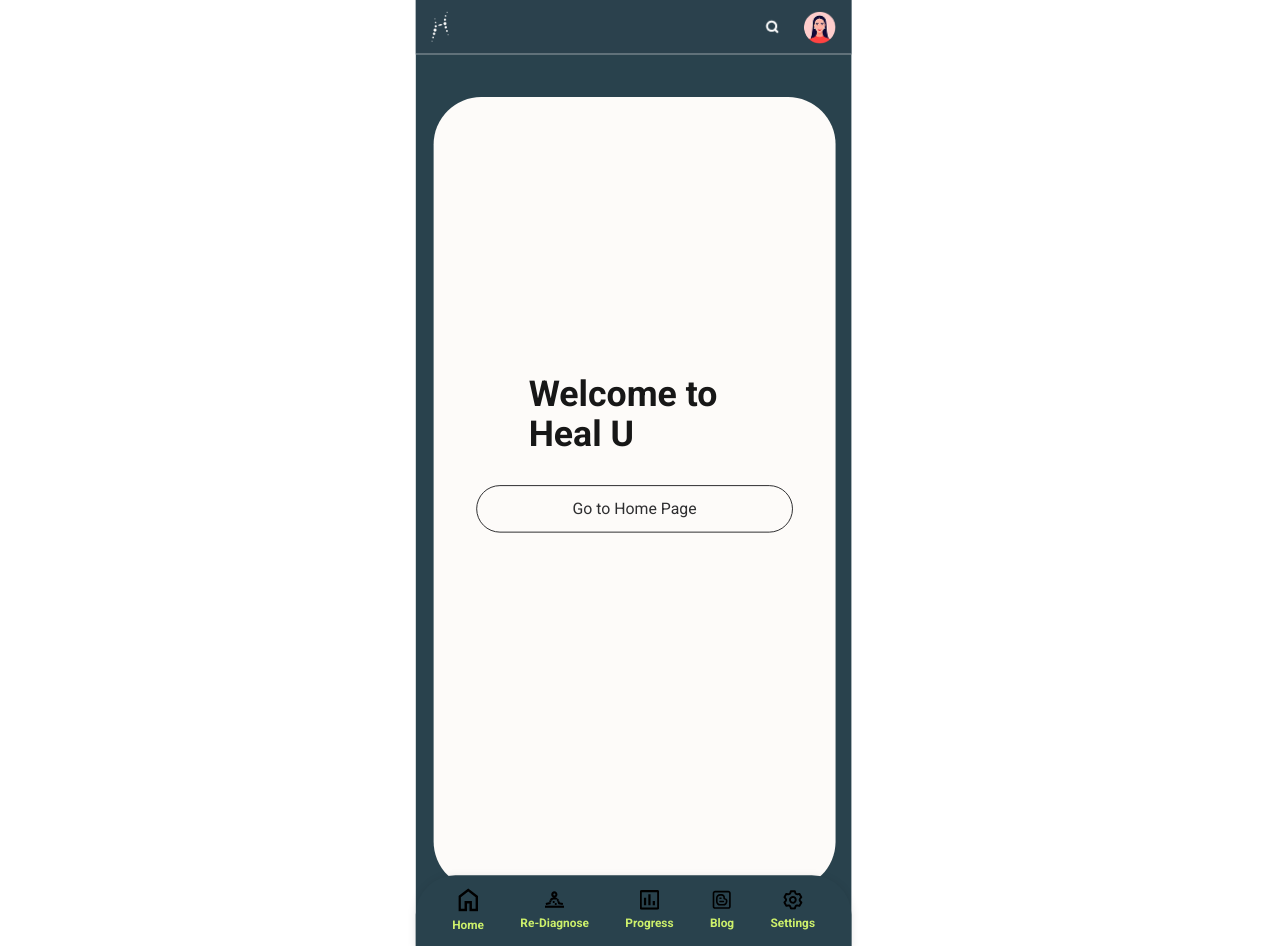
Repository: patcha-d3/heal_u
Page: /
The author's editor kept a copy of each file at every save. The page is drawn from the files as they stood at one save, then again after the next save.
The browser window is 1280 px wide. The pictures show the whole page, at 99% of full size.
The project was rebuilt for these pictures with package versions that can differ from the ones it lists, and the page was loaded fresh each time. The framework's server and built-in components were replaced by stand-ins that run in the browser. Also part of the build but not shown: next.config.js, next.config.mjs.

Above is the page before, as saved 2025-05-08 12:20:46.

After the next save:
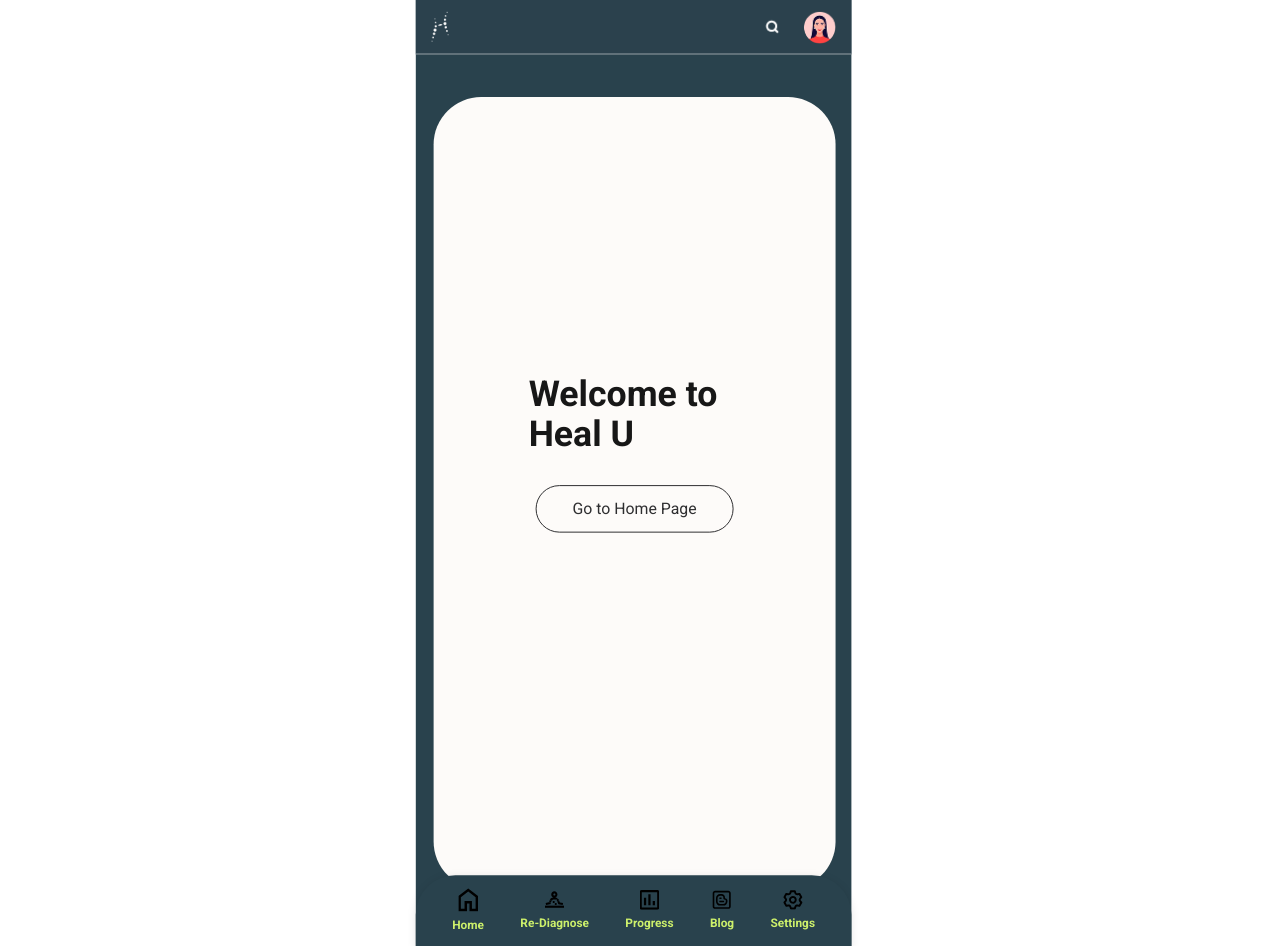
Saved 43 s later.
--- a/ui/Button/Button.module.css
+++ b/ui/Button/Button.module.css
@@ -4,7 +4,7 @@
 	align-items: center;
 	justify-content: center;
 	height: 48px;
-	width: 320px;
+	min-width: 200px;
 	border-radius: 24px;
 	background-color: #29424d;
 	border: 1px solid black;
@@ -15,6 +15,10 @@
 	color: white;
 	transition: all 0.3s ease;
 	cursor: pointer;
+}
+
+.fullWidth {
+	width: 100%;
 }
 
 .button:not(.disabled):hover {
